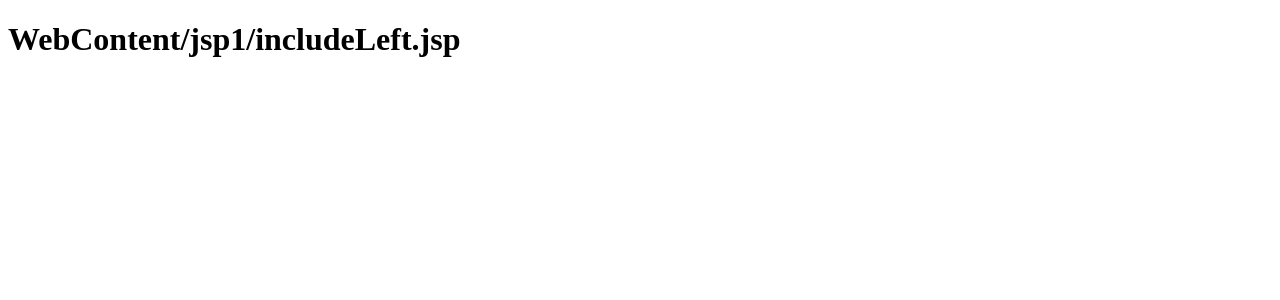
Repository: ReadStar/workspace_jsp
Page: http://localhost/StudyJSP/jsp1/includeLeft.jsp
The author's editor kept a copy of each file at every save. The page is drawn from the files as they stood at one save, then again after the next save.
The browser window is 1280 px wide. The pictures show the whole page.
The page is served by Tomcat 9. Other server files are loaded and not shown.

Above is the page before, as saved 2020-08-13 02:42:52.

### StudyJSP/WebContent/jsp1/includeLeft.jsp
<%@ page language="java" contentType="text/html; charset=UTF-8"
    pageEncoding="UTF-8"%>
<!DOCTYPE html>
<html>
<head>
<meta charset="UTF-8">
<title>Insert title here</title>
</head>
<body>
<h1>WebContent/jsp1/includeLeft.jsp</h1>

</body>
</html>

After the next save:
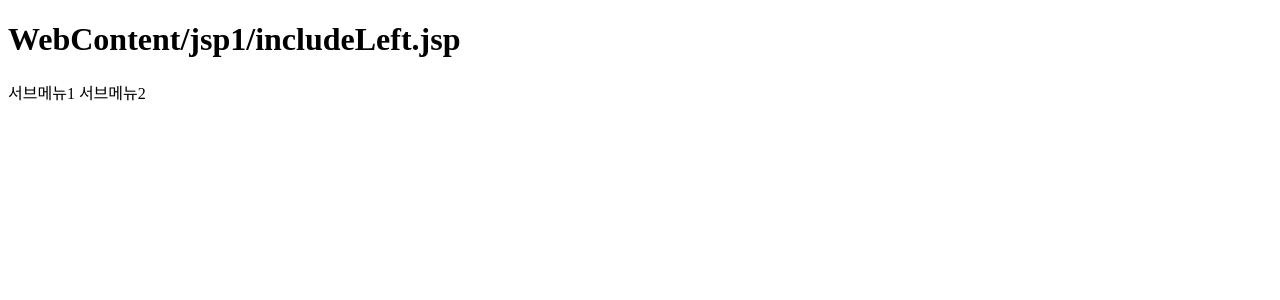
Saved 84 s later.
--- a/StudyJSP/WebContent/jsp1/includeLeft.jsp
+++ b/StudyJSP/WebContent/jsp1/includeLeft.jsp
@@ -8,6 +8,7 @@
 </head>
 <body>
 <h1>WebContent/jsp1/includeLeft.jsp</h1>
+서브메뉴1 서브메뉴2
 
 </body>
 </html>
